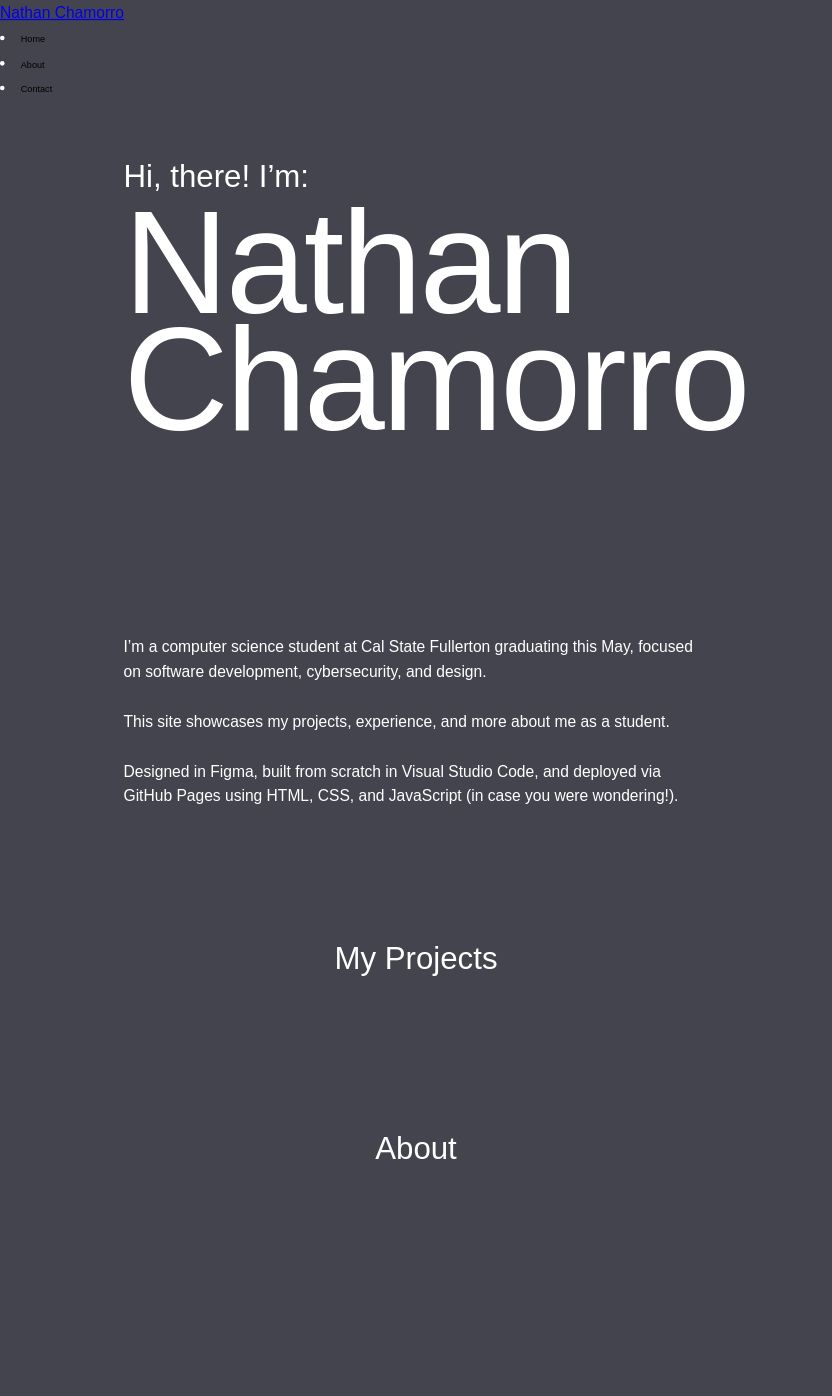
Repository: nathanchamorro1/nathanchamorro1.github.io
Page: index.html
An editor plug-in stored every save of this project. The page is shown before and after the next save, followed by the edit.
The browser window is 1280 px wide. The pictures show the whole page, at 65% of full size.
Some web fonts or font styles are not loaded; a fallback is used.

Above is the page before, as saved 2026-02-17 17:02:05.

### index.html
<!DOCTYPE html>
<html lang="en">

<head>
<meta charset="UTF-8">
<meta name="viewport" content = "width=device-width,initial-scale=1">
<title>Nathan Chamorro's Portfolio</title>
<link rel = "icon" type = "image/x-icon" href = "/assets/snoopy-favicon.ico">
<link rel="stylesheet" href="https://use.typekit.net/lhh1weh.css">
<link rel="stylesheet" href="css/style.css">
</head>

<div class="layout">
  <nav class="sidebar">
    <a href="#home" class="nav-logo">Nathan Chamorro</a>
      <li><a href="#home" class="nav-link">Home</a></li>
            <li><a href="#about" class="nav-link">About</a></li>
      <li><a href="#contact" class="nav-link">Contact</a></li>
      </nav>

  <main class="content">
    <div class="content-wrapper">
  <section class="hero">
    <h2 class="reveal">Hi, there! I’m:</h2>
    <h1 class="reveal">Nathan Chamorro</h1>
  </section>
      <p class="reveal">
        <br>I’m a computer science student at Cal State Fullerton graduating this May, focused on software development, cybersecurity, and design. <br>
        <br>This site showcases my projects, experience, and more about me as a student.<br>
        <br>Designed in Figma, built from scratch in Visual Studio Code, and deployed via GitHub Pages using HTML, CSS, and JavaScript (in case you were wondering!). <br>
      </p>
    </section>

        <section id="projects" class="content-wrapper">
      <h3 class="reveal">My Projects</h3>
    </section>

    <section id="about" class="content-wrapper">
      <h3 class="reveal">About</h3>
    </section>

    <section id="contact" class="content-wrapper">
      <h3 class="reveal">Contact</h3>
    </section>
  </main>
</div>
<script src = "js/script.js"></script>

### css/style.css
body {
  background-color: #44444E;
  color: white;
  margin: 0;
  font-family: museo-sans, sans-serif;
  font-weight: 300;
  font-style: normal;
  font-variation-settings: "slnt" 0, "wght" 400;
  line-height: 1.6;
  font-size: 1.5rem;
}

.content-wrapper {
  max-width: 900px;
  margin: 0 auto;
  padding: 0 40px;
  padding-top: 80px;
  display: flex;
  flex-direction: column;
  gap: 40px;
}

.hero {
    min-height: calc(100vh - 80px);
    display: flex;
    align-items: flex-start;
    flex-direction: column;
    justify-content: flex-start;
    padding-top: 0px;
    text-align: left;
}

h1 {
    color: white;
    font-family: "instrument-serif", sans-serif;
    font-size: 14rem;
    font-weight: 400;
    font-variation-settings: "wght" 400;
    line-height: 0.8;
    margin: 0;
    letter-spacing: -0.02em;
}

h2 {
    color: white;
    font-family: "instrument-serif", sans-serif;
    font-weight: 400;
    font-variation-settings: "wght" 400;
    font-size: 3rem;
    opacity: 0.8;
    margin-bottom: 5px;
    margin-top: 0;
}

h3 {
    color: white;
    font-family: "instrument-serif", sans-serif;
    font-weight: 400;
    font-variation-settings: "wght" 400;
    font-size: 3rem;
    opacity: 0.8;
}

.reveal {
    opacity: 0;
    transform: translateY(20px);
    transition: opacity 0.7s ease, transform 0.7s ease;
}

.reveal-visible {
    opacity: 1;
    transform: translateY(0);
}

.navbar {
    position: fixed;
    top: 0;
    width: 100%;
    background: white;
    box-shadow: 0 2px 10px rgba(0,0,0,0.05);
    z-index: 1000;
}

.nav-container {
    max-width: 1000px;
    margin: 0 auto;
    display: flex;
    justify-content: space-between;
    align-items: left;
    padding: 15px 20px
}

.nav-menu {
    list-style: none;
    display: flex;
    gap: 25px;
    margin: 0;
    padding: 0;
}

.nav-link {
    text-decoration: none;
    color: black;
    font-size: 14px;
    position: relative;
}

.nav-link:hover {
    opacity: 0.6;
}

### js/script.js
const reveals = document.querySelectorAll(".reveal");

function revealOnScroll() {
  const windowHeight = window.innerHeight;

  reveals.forEach(el => {
    const elementTop = el.getBoundingClientRect().top;

    if (elementTop < windowHeight - 200) {
      el.classList.add("reveal-visible");
    }
  });
}

window.addEventListener("scroll", revealOnScroll);
revealOnScroll();

After the next save:
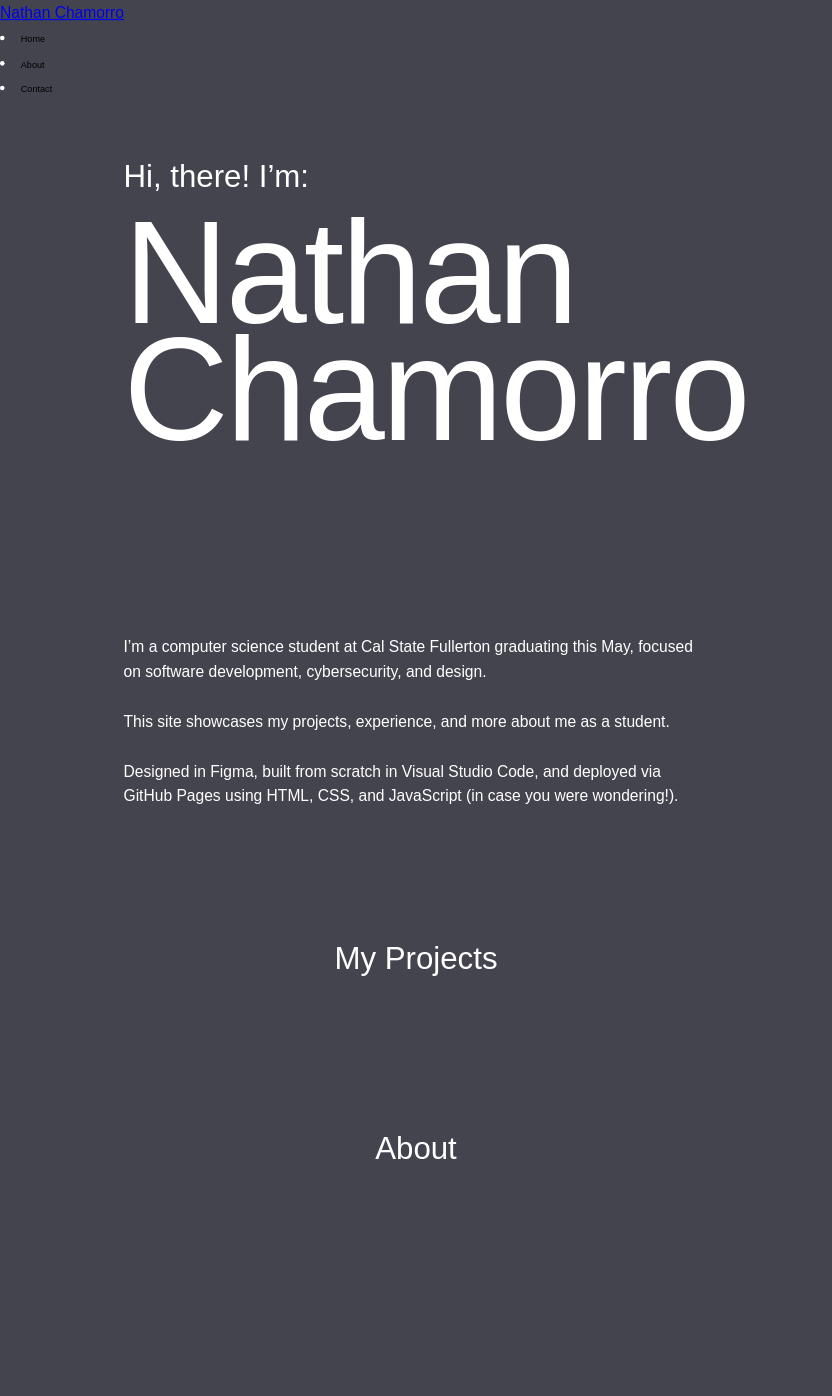
Saved 25 s later.
--- a/css/style.css
+++ b/css/style.css
@@ -48,7 +48,7 @@ h2 {
     font-variation-settings: "wght" 400;
     font-size: 3rem;
     opacity: 0.8;
-    margin-bottom: 5px;
+    margin-bottom: 20px;
     margin-top: 0;
 }
 
